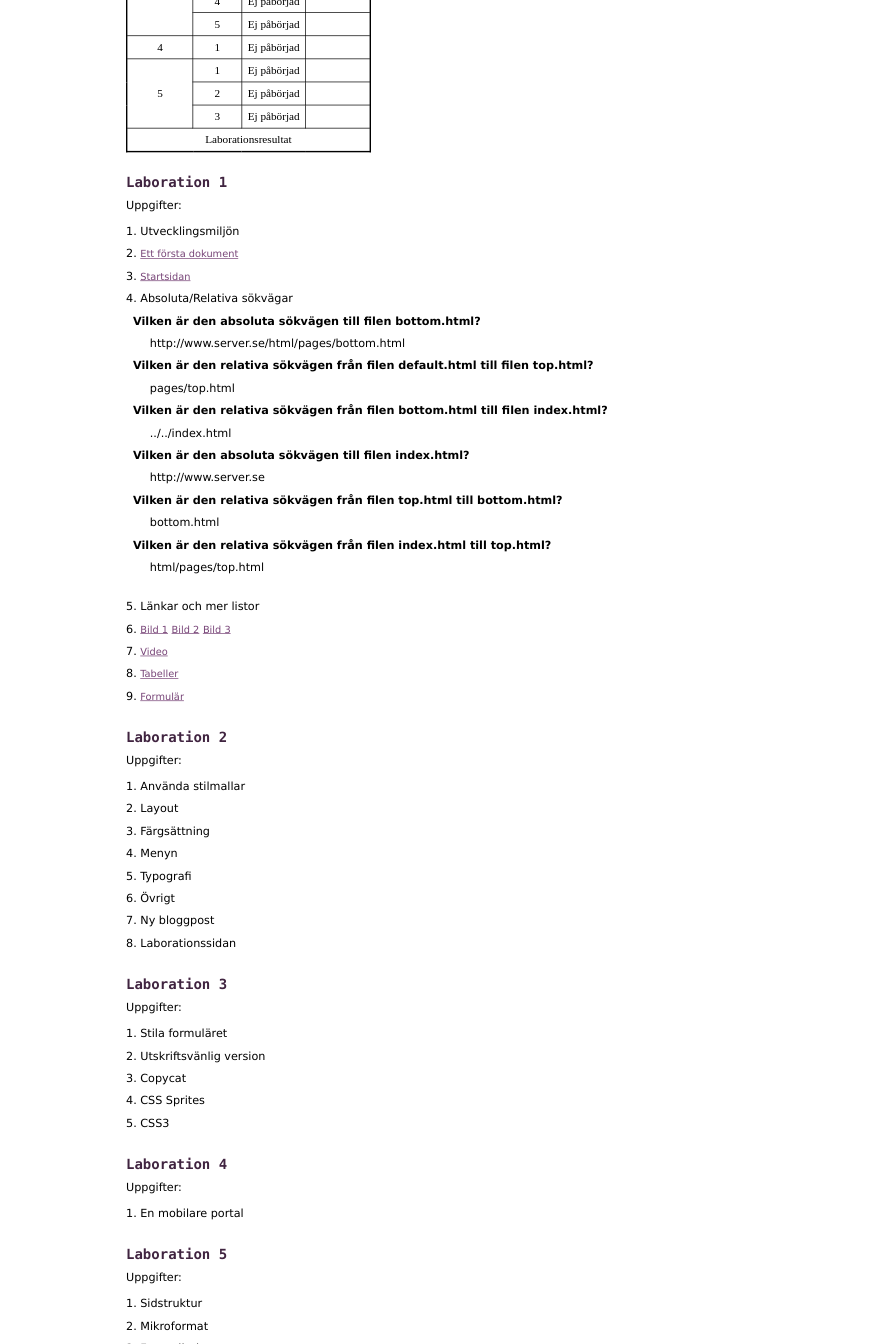
Repository: jk222rp/1ik415-laborationer-2014
Page: pages/laborationer.html
The author's editor kept a record of every edit. The page is drawn from the files as they stood at one moment, then again after the next edit.
The browser window is 1280 px wide. The pictures show the part of the page from y = 1081 to 3001 px (the page is 3080 px tall before and 3146 px after), at 70% of full size.

Above is the page before.

### pages/laborationer.html
<!doctype html>
<html lang="sv">
    <head>
        <meta charset="utf-8" />
        <title>Julias laborationsblogg</title>
        <link rel="stylesheet" type="text/css" href="../css/style.css" />
    </head>

    <body>
        <div id="container">

            <div id="header">
                <h1>Julia Källbergs laborationsblogg</h1>
            </div>

<!--Menu-->
            <div id="nav">
                <ul>
                    <li><a href="../index.html">Startsida</a></li>
                    <li><a href="laborationer.html" class="active">Laborationer</a></li>
                    <li><a href="presentation.html">Om mig</a></li>
                    <li><a href="kontakt.html">Kontakt</a></li>
                </ul>
            </div>

<!--Lab presentation - Webbteknisk introduktion-->
            <div id="content">
            <div id="laborationer">
                <h2>Webbteknisk introduktion</h2>

                <ul>
                    <li><a href="#Lab1">Laboration 1</a></li>
                    <li><a href="#Lab2">Laboration 2</a></li>
                    <li><a href="#Lab3">Laboration 3</a></li>
                    <li><a href="#Lab4">Laboration 4</a></li>
                    <li><a href="#Lab5">Laboration 5</a></li>
                </ul>

<!--Table start-->
                <h2 id="result-table">Resultat</h2>
                <table>
                    <thead>
                        <tr>
                            <th>Laboration</th>
                            <th>Uppgift</th>
                            <th>Status</th>
                            <th>Redovisad</th>
                        </tr>
                    </thead>
                    <tfoot>
                        <tr>
                            <td colspan="4">
                                Laborationsresultat
                            </td>
                        </tr>
                    </tfoot>
    <!--Lab 1-->
                    <tbody>
                        <tr>
                            <td rowspan="9">1</td>
                            <td>1</td>
                            <td>Godkänd</td>
                            <td>2014-09-19</td>
                        </tr>
                        <tr>
                            <td>2</td>
                            <td>Godkänd</td>
                            <td>2014-09-19</td>
                        </tr>
                        <tr>
                            <td>3</td>
                            <td>Godkänd</td>
                            <td>2014-09-19</td>
                        </tr>
                        <tr>
                            <td>4</td>
                            <td>Godkänd</td>
                            <td>2014-09-19</td>
                        </tr>
                        <tr>
                            <td>5</td>
                            <td>Godkänd</td>
                            <td>2014-09-19</td>
                        </tr>
                        <tr>
                            <td>6</td>
                            <td>Godkänd</td>
                            <td>2014-09-19</td>
                        </tr>
                        <tr>
                            <td>7</td>
                            <td>Godkänd</td>
                            <td>2014-09-19</td>
                        </tr>
                        <tr>
                            <td>8</td>
                            <td>Godkänd</td>
                            <td>2014-09-19</td>
                        </tr>
                        <tr>
                            <td>9</td>
                            <td>Godkänd</td>
                            <td>2014-09-19</td>
                        </tr>
    <!--Lab 2-->
                        <tr>
                            <td rowspan="8">2</td>
                            <td>1</td>
                            <td>Färdig</td>
                            <td></td>
                        </tr>
                        <tr>
                            <td>2</td>
                            <td>Färdig</td>
                            <td></td>
                        </tr>
                        <tr>
                            <td>3</td>
                            <td>Färdig</td>
                            <td></td>
                        </tr>
                        <tr>
                            <td>4</td>
                            <td>Färdig</td>
                            <td></td>
                        </tr>
                        <tr>
                            <td>5</td>
                            <td>Arbetar</td>
                            <td></td>
                        </tr>
                        <tr>
                            <td>6</td>
                            <td>Ej påbörjad</td>
                            <td></td>
                        </tr>
                        <tr>
                            <td>7</td>
                            <td>Ej påbörjad</td>
                            <td></td>
                        </tr>
                        <tr>
                            <td>8</td>
                            <td>Ej påbörjad</td>
                            <td></td>
                        </tr>
    <!--Lab 3-->
                        <tr>
                            <td rowspan="5">3</td>
                            <td>1</td>
                            <td>Ej påbörjad</td>
                            <td></td>
                        </tr>
                        <tr>
                            <td>2</td>
                            <td>Ej påbörjad</td>
                            <td></td>
                        </tr>
                        <tr>
                            <td>3</td>
                            <td>Ej påbörjad</td>
                            <td></td>
                        </tr>
                        <tr>
                            <td>4</td>
                            <td>Ej påbörjad</td>
                            <td></td>
                        </tr>
                        <tr>
                            <td>5</td>
                            <td>Ej påbörjad</td>
                            <td></td>
                        </tr>
    <!--Lab 4-->
                        <tr>
                            <td>4</td>
                            <td>1</td>
                            <td>Ej påbörjad</td>
                            <td></td>
                        </tr>
    <!--Lab 5-->
                        <tr>
                            <td rowspan="3">5</td>
                            <td>1</td>
                            <td>Ej påbörjad</td>
                            <td></td>
                        </tr>
                        <tr>
                            <td>2</td>
                            <td>Ej påbörjad</td>
                            <td></td>
                        </tr>
                        <tr>
                            <td>3</td>
                            <td>Ej påbörjad</td>
                            <td></td>
                        </tr>
                    </tbody>
                </table>
<!--Table end-->

<!--Lab 1-->
                <h3 id="Lab1">Laboration 1</h3>
                <p>Uppgifter:</p>
                <ol>
                    <li>Utvecklingsmiljön</li>
                    <li><a href="presentation.html">Ett första dokument</a></li>
                    <li><a href="../index.html">Startsidan</a></li>
                    <li>Absoluta/Relativa sökvägar
                        <dl>
                            <dt>Vilken är den absoluta sökvägen till filen bottom.html?</dt>
                            <dd>http://www.server.se/html/pages/bottom.html</dd>
                            <dt>Vilken är den relativa sökvägen från filen default.html till filen top.html?</dt>
                            <dd>pages/top.html</dd>
                            <dt>Vilken är den relativa sökvägen från filen bottom.html till filen index.html?</dt>
                            <dd>../../index.html</dd>
                            <dt>Vilken är den absoluta sökvägen till filen index.html?</dt>
                            <dd>http://www.server.se</dd>
                            <dt>Vilken är den relativa sökvägen från filen top.html till bottom.html?</dt>
                            <dd>bottom.html</dd>
                            <dt>Vilken är den relativa sökvägen från filen index.html till top.html?</dt>
                            <dd>html/pages/top.html</dd>
                        </dl>
                    </li>
                    <li>Länkar och mer listor</li>
                    <li><a href="presentation.html#horse">Bild 1</a> <a href="../pics/logotyp.png">Bild 2</a> <a href="../index.html#cookie">Bild 3</a></li>
                    <li><a href="../index.html#video">Video</a></li>
                    <li><a href="#result-table">Tabeller</a></li>
                    <li><a href="kontakt.html">Formulär</a></li>
                </ol>

<!--Lab 2-->
                <h3 id="Lab2">Laboration 2</h3>
                <p>Uppgifter:</p>
                <ol>
                    <li>Använda stilmallar</li>
                    <li>Layout</li>
                    <li>Färgsättning</li>
                    <li>Menyn</li>
                    <li>Typografi</li>
                    <li>Övrigt</li>
                    <li>Ny bloggpost</li>
                    <li>Laborationssidan</li>
                </ol>

<!--Lab 3-->
                <h3 id="Lab3">Laboration 3</h3>
                <p>Uppgifter:</p>
                <ol>
                    <li>Stila formuläret</li>
                    <li>Utskriftsvänlig version</li>
                    <li>Copycat</li>
                    <li>CSS Sprites</li>
                    <li>CSS3</li>
                </ol>

<!--Lab 4-->
                <h3 id="Lab4">Laboration 4</h3>
                <p>Uppgifter:</p>
                <ol>
                    <li>En mobilare portal</li>
                </ol>

<!--Lab 5-->
                <h3 id="Lab5">Laboration 5</h3>
                <p>Uppgifter:</p>
                <ol>
                    <li>Sidstruktur</li>
                    <li>Mikroformat</li>
                    <li>Fotogalleri</li>
                </ol>
            </div>
            </div>

<!--Go to top-->
            <div id="footer">
                <p><a href="#header">Gå till toppen</a></p>
            </div>

        </div>

    </body>
</html>

### css/style.css
/* http://meyerweb.com/eric/tools/css/reset/
   v2.0 | 20110126
   License: none (public domain)
*/

html, body, div, span, applet, object, iframe,
h1, h2, h3, h4, h5, h6, p, blockquote, pre,
a, abbr, acronym, address, big, cite, code,
del, dfn, em, img, ins, kbd, q, s, samp,
small, strike, strong, sub, sup, tt, var,
b, u, i, center,
dl, dt, dd, ol, ul, li,
fieldset, form, label, legend,
/*table, caption, tbody, tfoot, thead, tr, th, td,*/
article, aside, canvas, details, embed,
figure, figcaption, footer, header, hgroup,
menu, nav, output, ruby, section, summary,
time, mark, audio, video {
	margin: 0;
	padding: 0;
	border: 0;
	font-size: 100%;
	font: inherit;
	vertical-align: baseline;
}
/* HTML5 display-role reset for older browsers */
article, aside, details, figcaption, figure,
footer, header, hgroup, main, menu, nav, section {
	display: block;
}
body {
	line-height: 1;
}
ol, ul {
	list-style: none;
}
blockquote, q {
	quotes: none;
}
blockquote:before, blockquote:after,
q:before, q:after {
	content: '';
	content: none;
}
table {
	border-collapse: collapse;
	border-spacing: 0;
}

/*END OF RESET*/

/*START OF STYLE*/

/*COLORS
    Background: #fff (white)
    Header and links: #747 (light purple)
    Head texts: #402440 (dark purple)
    Text main: #000 (black)
    Visited links and postfoots: #888 (gray)
*/


body {
    background-color: #fff;
    font-size: 1em;
}

/*Layout*/
#container {
    background: #fff url(pics/bakgrund.png) no-repeat top left;
    background-position: 0 60px;
    background-size: 100%;
    margin: 0 auto;
    width: 100%;
    overflow: auto;
}

#header {
    float: left;
    height: 60px;
    width: 100%;
}

#nav {
    height: 30px;
    width: 100%;
    padding: 0 5px;
    position: absolute;
    top: 0;
    right: 0;
}

#content {
    margin: 100px auto 0 auto;
    max-width: 940px;
    padding: 0 10px 28px 10px;
}

#footer {
    clear: both;
    margin: 0 auto;
    max-width: 960px;
}

#post #content {
    padding-bottom: 0;
}

/*Backgrounds and borders*/

#header {
    background: #747 url(pics/logotyp.png) no-repeat top left;
    background-size: 50px;
    background-position: 30px;
}

table {
    border: solid #000 2px;
}

th, td {
    border: solid #000 1px;
    padding: 0.5em;
}

fieldset {
    border: solid #000 1px;
}

/*Texts and links*/

h1 {
    color: #000;
    font-family: Consolas, Verdana, sans-serif;
    font-size: 1.25em;
    font-weight: bold;
    text-align: left;
    text-indent: 100px;
    line-height: 60px;
}

h2 {
    /*border-bottom: solid #888 2px;*/
    color: #402440;
    font-family: Consolas, Verdana, sans-serif;
    font-size: 1.5em;
    font-weight: bold;
    line-height: 1.5em;
    margin: 0 0 10px 0;
    padding-left: 10px;
    padding-right: 10px;
}

#presentation h2 {
    border: 0px;
    color: #000;
    margin: 20px 0 5px 0;
}

h3 {
    /*border-bottom: solid #888 1px;*/
    color: #402440;
    font-family: Consolas, Verdana, sans-serif;
    font-size: 1.25em;
    font-weight: bold;
    line-height: 1.25em;
    margin: 0 0 10px 0;
    padding-left: 10px;
    padding-right: 10px;
}

#laborationer h2, #laborationer h3 {
    margin: 30px 0 0 0;
}

p {
    color: #000;
    font-family: Verdana, sans-serif;
    font-size: 1em;
    line-height: 2em;
    padding: 5px 10px;
}

.printtext {
    display: none;
}


/*resets the reset of lists*/
ul {
    list-style-type: disc;
    list-style-position: inside;
}
ol {
    list-style-type: decimal;
    list-style-position: inside;
}
ul ul, ol ul {
    list-style-type: circle;
    list-style-position: inside;
    margin-left: 15px;
}
ol ol, ul ol {
    list-style-type: lower-latin;
    list-style-position: inside;
    margin-left: 15px;
}
/*resets the reset of lists*/


li {
    color: #000;
    font-family: Verdana, sans-serif;
    font-size: 1em;
    line-height: 2em;
    padding-left: 10px;
    padding-right: 10px;
}

dl {
    color: #000;
    font-family: Verdana, sans-serif;
    font-size: 1em;
    line-height: 2em;
    list-style-position: inside;
	margin:0 0 1.5em 0;
    padding-left: 10px;
    padding-right: 10px;
}

dl dt {
	font-weight:bold;
}
dd {
	margin-left:1.5em;
}

table {
    margin: 10px;
}

td {
    text-align: center;
}

.postfoot {
    border-bottom: solid #747 1px;
    clear: both;
    color: #888;
    font-family: Verdana, sans-serif;
    font-size: 1em;
    line-height: 1.2em;
    margin: 10px 0 30px 0;
    padding: 0 10px;
    text-align: right;
}

a:link {color: #747; font-family: Verdana, sans-serif; font-size: 0.875em; line-height: 1.3125em;}
a:visited {color: #888;}
a:focus {color: #000; border: solid #f60 2px;}
a:hover {color: #000;}
a:active {color: #fff;}

#footer a {
    color: #747;
    display: block;
    font-weight: bold;
    padding-right: 5px;
    text-align: right;
    text-decoration: none;
    text-transform: uppercase;
}

#footer a:hover {
    color: #000;
}

#nav a {
    display: block;
    float: right;
    font-family: Consolas, Verdana, sans-serif;
    font-size: 1.3em;
    font-weight: bold;
    height: 60px;
    line-height: 60px;
    padding: 0 20px;
    text-align: center;
    text-decoration: none;
    text-transform: uppercase;
    white-space: nowrap;
}

#nav li {
    list-style-type: none;
}

#nav a:link, #nav a:visited {color: #000;}
#nav a:focus {color: #000; border: solid #000 2px;}
#nav a:hover {color: #000;}
#nav a:active {color: #fff;}

#active a:link, #active a:visited, #active a:focus, #active a:hover, #active a:active {
    color: #fff;
}

/*Formulär*/
fieldset {
    margin-bottom: 20px;
    padding: 5px;
}

legend {
    color: #402440;
    font-family: Consolas, Verdana, sans-serif;
    font-size: 1.3em;
    font-weight: bold;
    line-height: 1.3em;
    margin-left: 5px;
    padding: 0 5px;
}

label, input, textarea {
    color: #000;
    font-family: Verdana, sans-serif;
    font-size: 1em;
    line-height: 1.5em;
}

#form1 label {
    clear: left;
    display: block;
    float: left;
    margin: 5px 0;
    padding: 0 5px 5px 5px;
    text-align: right;
    width: 125px;
}

#form2 label {
    float: left;
    padding: 0 5px 5px 5px;
}

#select {
    float: left;
    clear: left;
    margin: 10px 0 0 5px;
    padding: 0 5px 5px 5px;
}

.radio {
    clear: none;
}

#text, #moretext {
    float: left;
    margin: 5px;
}

fieldset p {
    clear: both;
    float: left;
}

#woolyes, #woolno {
    clear: left;
    float: left;
}

select {
    clear: both;
    float: left;
    margin-bottom: 5px;
}

button {
    border-color: #747;
    float: right;
    width: 150px;
}

button:hover {font-weight: bold;}

/*Bilder och video*/
video, img {
    margin: 10px;
    max-width: 95%;
}

.right, .left {
    margin: 10px;
}

.right {
    float: right;
}

.left {
    float: left;
}



/*Kommentarer*/
.comments { /*Hela kommentarsbiten*/
    border: solid #747 1px;
    padding: 5px 0;
    margin: -20px 5px 30px 5px;
}

.commentshead h2 { /*Rubrik för kommentarsbiten*/
    border-bottom: solid #747 1px;
    font-size: 1.3em;
    line-height: 1.3em;
}

.comment { /*En kommentar*/
    padding: 5px;
}

.commenthead h3 { /*Rubrik för en kommentar*/
    color: #747;
    font-size: 1.1em;
    line-height: 1.1em;
    margin: 0;
}

.thecomment { /*Kommentaren*/
    font-size: 0.8em;
    line-height: 1.6em;
}

.commentfoot { /*Fot för en kommentar*/
    border-bottom: solid #747 1px;
    clear: both;
    color: #888;
    font-family: Verdana, sans-serif;
    font-size: 0.8em;
    line-height: 1.5em;
    margin: 0 0 10px 0;
    padding: 0 10px;
    text-align: right;
}




/*hCard*/

.vcard { /*hela kortet*/
    border: solid #747 1px;
    font-size: 0.8em;
    margin: 20px auto;
    padding: 10px;
    width: 250px;
}

.fn, .email, .adr, .tel { /*förnamnet*/
    color: #000;
    font-family: Verdana, sans-serif;
    font-size: 1em;
    line-height: 1.5em;
    padding: 5px 0;
}

After the next edit:
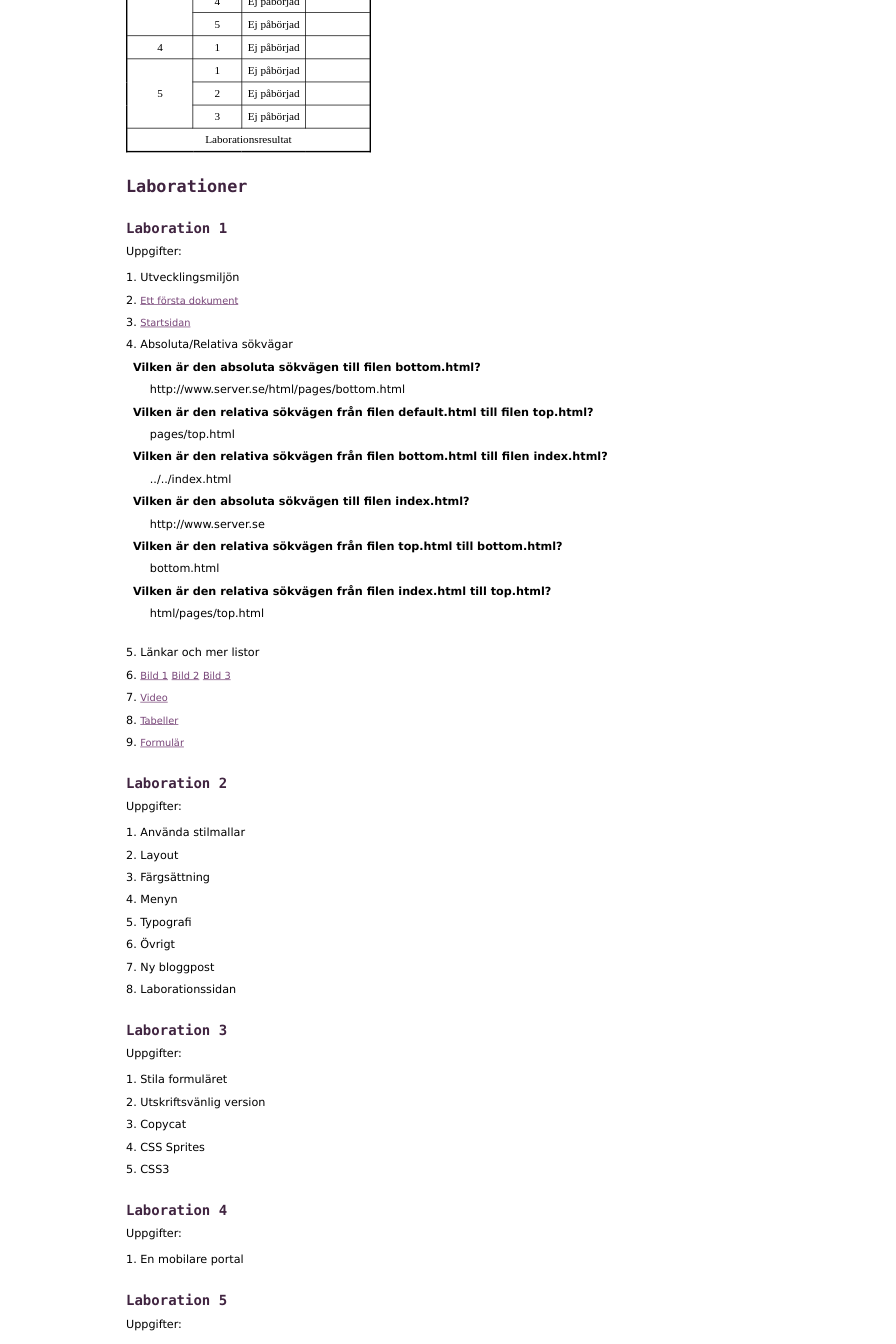
The edit:
--- a/pages/laborationer.html
+++ b/pages/laborationer.html
@@ -198,6 +198,8 @@
                     </tbody>
                 </table>
 <!--Table end-->
+
+                <h2>Laborationer</h2>
 
 <!--Lab 1-->
                 <h3 id="Lab1">Laboration 1</h3>
